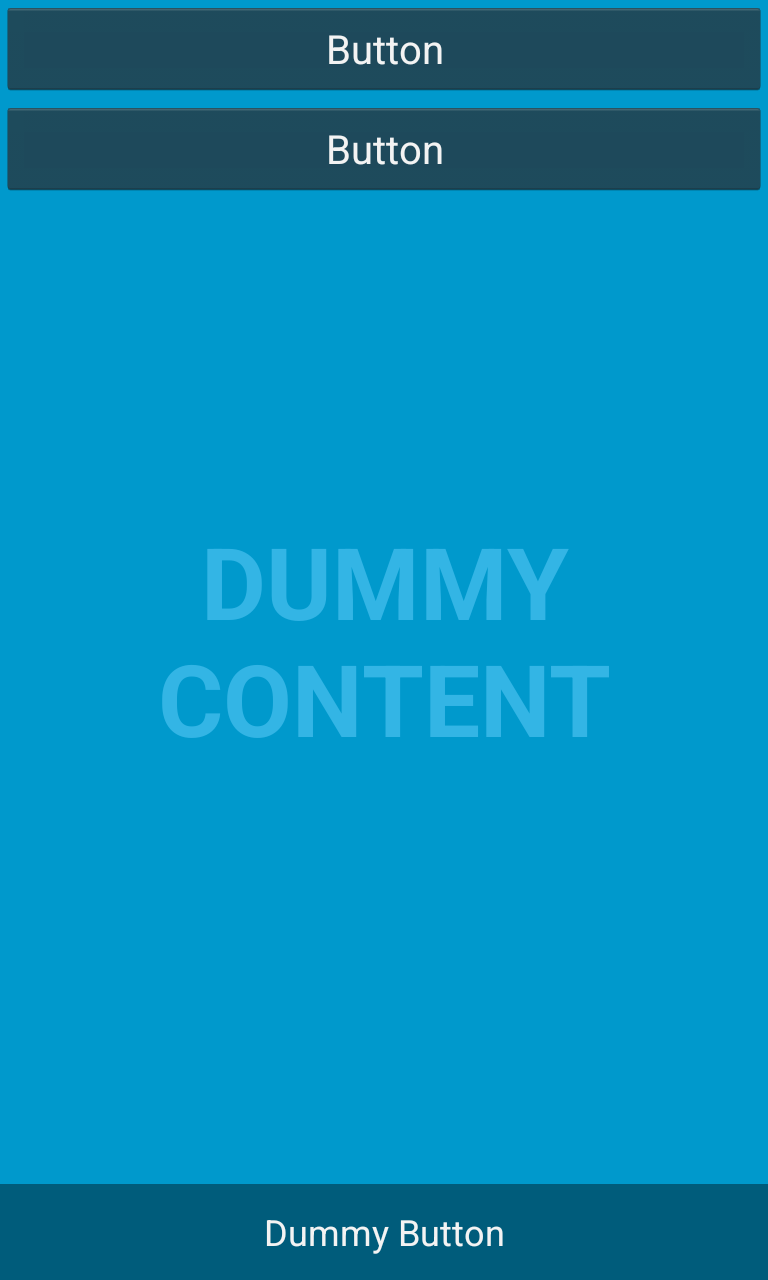
Repository: danthrift/Androidexamplesnippets
Layout: Buttons11/res/layout/activity_fullscreen.xml
The author's editor kept a copy of each file at every save. The layout is drawn from the files as they stood at one save, then again after the next save.
It is drawn on a 768 x 1280 px phone screen (xhdpi) without system bars, with theme FullscreenTheme; the app's code is not run.

Above is the layout before, as saved 2014-04-04 01:55:07.

After the next save:
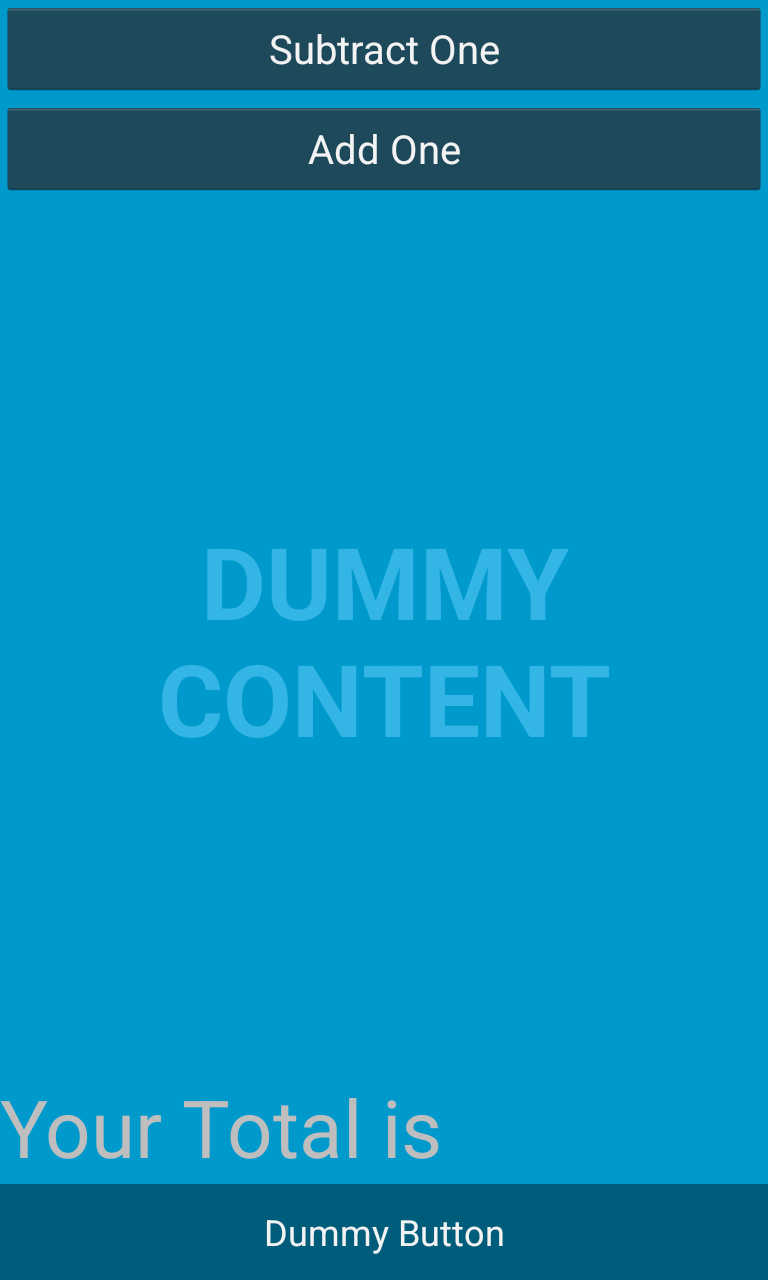
Saved 2 h 43 min later.
--- a/Buttons11/res/layout/activity_fullscreen.xml
+++ b/Buttons11/res/layout/activity_fullscreen.xml
@@ -56,16 +56,25 @@
             android:layout_width="fill_parent"
             android:layout_height="wrap_content"
             android:layout_gravity="top"
-            android:textSize="20dp"
-            android:text="Button" />
+            android:text="Subtract One"
+            android:textSize="20dp" />
 
         <Button
             android:id="@+id/button2"
             android:layout_width="fill_parent"
             android:layout_height="wrap_content"
-            android:textSize="20dp"
             android:layout_marginTop="50dp"
-            android:text="Button" />
+            android:text="Add One"
+            android:textSize="20dp" />
+
+        <TextView
+            android:id="@+id/textView1"
+            android:layout_width="fill_parent"
+            android:layout_height="wrap_content"
+            android:textSize="40dp"
+            android:layout_marginBottom="50dp"
+            android:layout_gravity="bottom"
+            android:text="Your Total is " />
 
     </FrameLayout>
 
